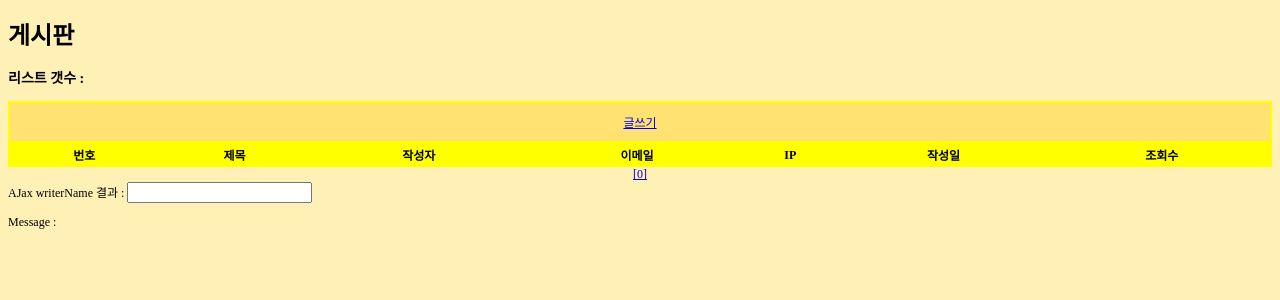
Repository: SongHyeSun/JSP
Page: http://localhost/och16/list.jsp
An editor plug-in stored every save of this project. The page is shown before and after the next save, followed by the edit.
The browser window is 1280 px wide. The pictures show the whole page.
The page is served by Tomcat 10. Other server files are loaded and not shown. The template is opened directly, without the code that normally fills it, so the values that code supplies are empty.

Above is the page before, as saved 2024-07-29 05:09:52.

### jspSrc17/och16/src/main/webapp/list.jsp
<%@ page language="java" contentType="text/html; charset=UTF-8"
    pageEncoding="UTF-8"%>
<%@ taglib prefix="c" uri="http://java.sun.com/jsp/jstl/core" %>
<%@ taglib prefix="fmt" uri="http://java.sun.com/jsp/jstl/fmt" %>
<!DOCTYPE html>
<html>
<head>
<meta charset="UTF-8">
<title>Insert title here</title>
<link rel="stylesheet" href="style.css" type="text/css">
<style type="text/css">
	table {
		width: 100%;
	}
</style>
<script type="text/javascript" src="js/jquery.js"></script>
<script type="text/javascript">
	function getDeptName(p_num) {
		alert("getDeptName 1");
		alert("getDeptName p_num "+p_num);

		$.ajax({
			url : "ajaxGetDeptName.do",
			/* 데이터가 또 있으면, {key: value, key: value ,...} */
			data : {num : p_num},
			dataType : 'text',
			success : function (writer) {
							alert(".ajax Data "+writer );
							/* input Tag */
							$('#writerName').val(writer);
							/* span Tag */
							$('#msg').html(writer);
							alert("writerName 2");
						}
		});
		alert("getDeptName 3");
	}
</script>
</head>
<body>
	<h1>게시판</h1>
	<h3>리스트 갯수 : ${totCnt }</h3>
	<table>
		<tr>
			<td><a href="writeForm.do">글쓰기</a></td>
		</tr>
	</table>

	<table>
		<tr>
			<th>번호</th><th>제목</th><th>작성자</th><th>이메일</th>	<th>IP</th><th>작성일</th><th>조회수</th>
		</tr>
<%-- 		<c:set var="numbering" value="{(currentPage-1)*10 +1}"/> --%>
		<c:if test="${totCnt > 0 }">
			<c:forEach var="board" items="${list }">
				<tr>
				<%-- <td>${numbering }</td> --%>
					<td>${startNum }</td>
					<td class="left" width=200>
						<c:if test="${board.readcount> 20 }">
								<!-- onmouseover는 ajax를 쓰기 위함! -->
							<img src='images/hot.gif' onmouseover="getDeptName(${board.num})">
						</c:if>
						<c:if test="${board.re_level > 0 }">
							<img src='images/level.gif' width="${board.re_level*10 }">
							<img src='images/re.gif'>
						</c:if>
					<a href='content.do?num=${board.num }&pageNum=${currentPage}'>
						${board.subject }</a>
					</td>
					<td>${board.writer }</td>
					<td><a href='content.do?num=${board.email}'>${board.email }</a></td>
					<td>${board.ip }</td>
					<td>${board.reg_date }</td>
					<td>${board.readcount }</td>
				</tr>
				<c:set var="startNum" value="${startNum - 1 }"/>
			<%--<c:set var="numbering" value="${numbering + 1 }"/> --%>
			</c:forEach>
		</c:if>
		<c:if test="${totCnt == 0 }">
			<tr>
				<td colspan=7>데이터가 없네</td>
			</tr>
		</c:if>
	</table>

	<div style="text-align: center;">
		<c:if test="${startPage > blockSize }">
			<a href="list.do?pageNum=${startPage-blockSize }">[이전]</a>
		</c:if>
		<c:forEach var="i" begin="${startPage }" end="${endPage }">
			<a href="list.do?pageNum=${i }">[${i }]</a>
		</c:forEach>
		<c:if test="${endPage < pageCnt }">
			<a href="list.do?pageNum=${startPage+blockSize }">[다음]</a>
		</c:if>
	</div>

	AJax writerName 결과 :  <input type="text" id="writerName"  readonly="readonly"><p>
    Message           :  <span id="msg"></span><p>
</body>
</html>

### jspSrc17/och16/src/main/webapp/style.css
@CHARSET "UTF-8";
body { background-color: #FFF0B5; font-size: 9pt; }
table { background-color: yellow; }
tr:hover { background-color: ornage; }
td { background-color: #FFE271; text-align: center; padding: 10px;}
.left { text-align: left; }

Loaded but not shown: jspSrc17/och16/src/main/webapp/js/jquery.js (library)

After the next save:
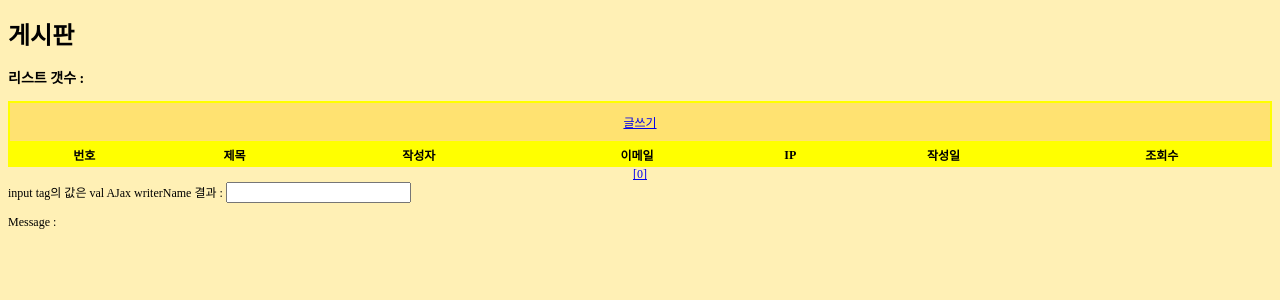
Saved 66 s later.
--- a/jspSrc17/och16/src/main/webapp/list.jsp
+++ b/jspSrc17/och16/src/main/webapp/list.jsp
@@ -26,9 +26,9 @@
 			dataType : 'text',
 			success : function (writer) {
 							alert(".ajax Data "+writer );
-							/* input Tag */
+							/* input Tag 에 value 속성을 갖고 있으면 val 로!!*/
 							$('#writerName').val(writer);
-							/* span Tag */
+							/* span Tag 에는 value 속성이 없기 때문에, html로@@ */
 							$('#msg').html(writer);
 							alert("writerName 2");
 						}
@@ -97,6 +97,7 @@
 		</c:if>
 	</div>
 
+	input tag의 값은  val
 	AJax writerName 결과 :  <input type="text" id="writerName"  readonly="readonly"><p>
     Message           :  <span id="msg"></span><p>
 </body>
